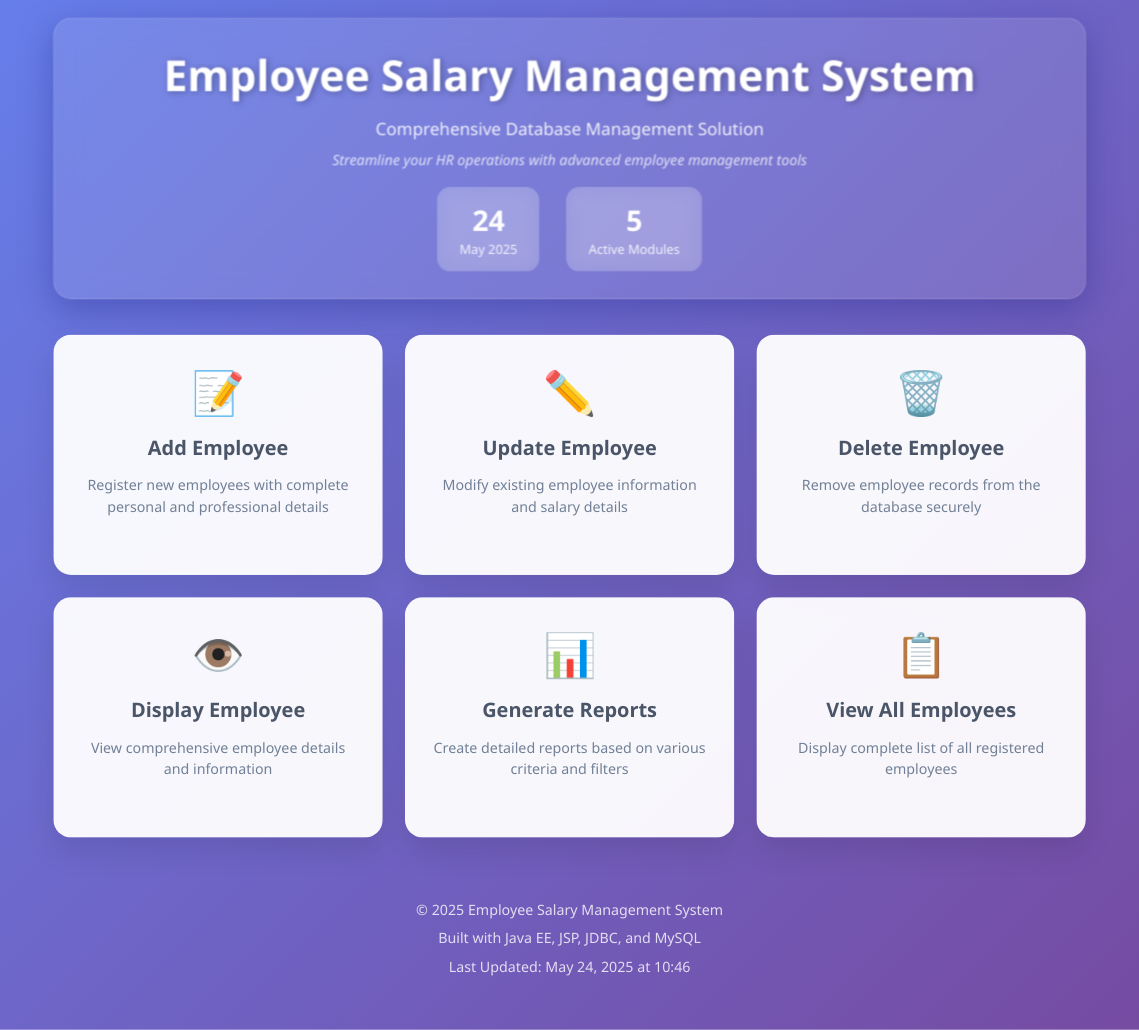
Repository: sweekrithishetty28/Employee_Salary_Management
Page: http://localhost/EmployeeWebApp/
These files come from the project's save history. The page is drawn as it stood at one moment and after the next save; the edit follows.
The browser window is 1280 px wide. The pictures show the whole page, at 89% of full size.
The page is served by Tomcat 9.

Above is the page before, as saved 2025-05-27 06:42:51.
Console error: TypeError: Cannot set properties of null (setting 'textContent')

After the next save:
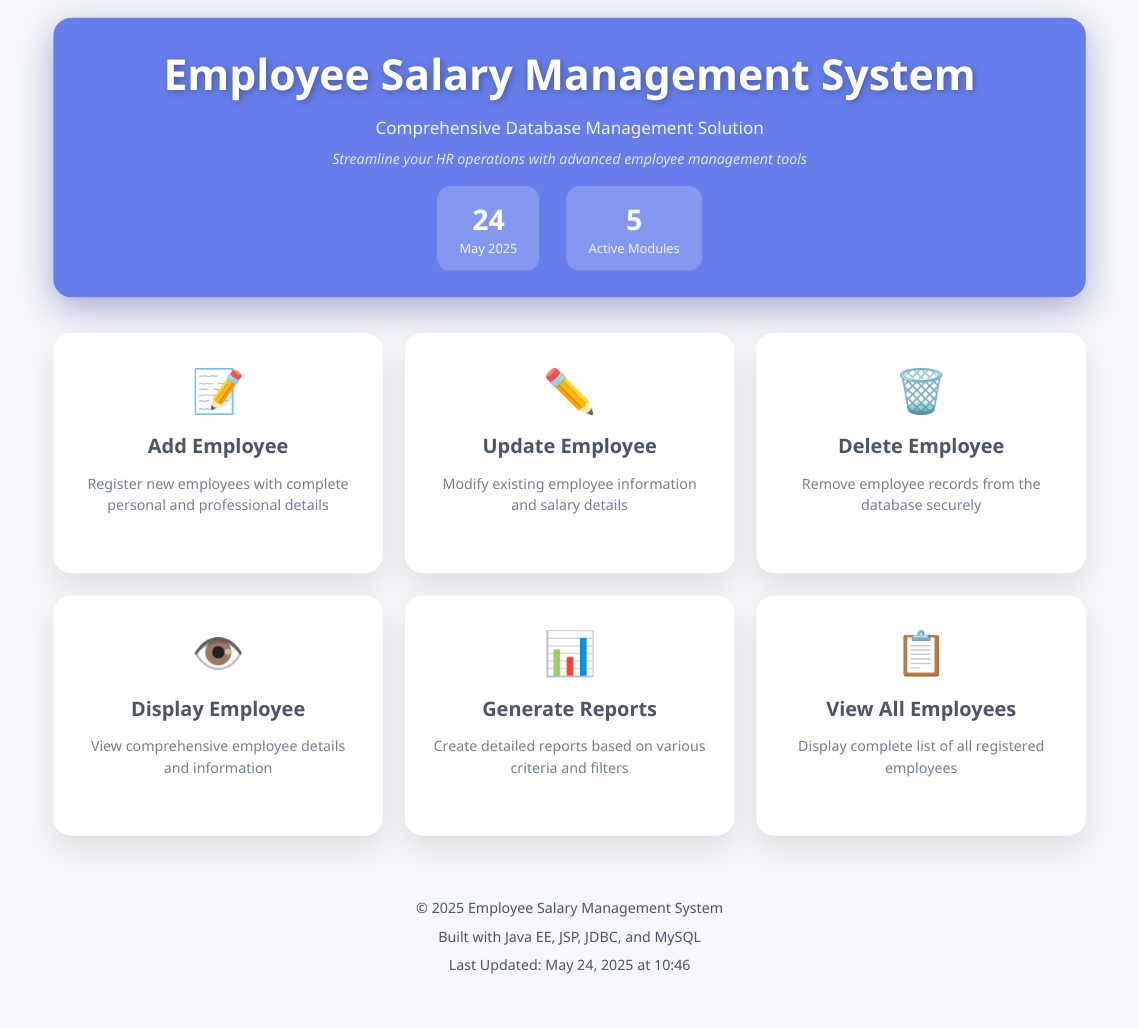
Saved 2 min 55 s later.
--- a/Employee Salary Mangement/EmployeeWebApp/src/main/webapp/index.jsp
+++ b/Employee Salary Mangement/EmployeeWebApp/src/main/webapp/index.jsp
@@ -15,7 +15,7 @@
 
         body {
             font-family: 'Segoe UI', Tahoma, Geneva, Verdana, sans-serif;
-            background: linear-gradient(135deg, #667eea 0%, #764ba2 100%);
+            background: #f5f7fa;
             min-height: 100vh;
             color: #333;
         }
@@ -31,11 +31,9 @@
             color: white;
             margin-bottom: 40px;
             padding: 30px;
-            background: rgba(255, 255, 255, 0.1);
+            background: #667eea;
             border-radius: 20px;
-            backdrop-filter: blur(15px);
             box-shadow: 0 12px 40px rgba(31, 38, 135, 0.37);
-            border: 1px solid rgba(255, 255, 255, 0.18);
         }
 
         .header h1 {
@@ -206,7 +204,7 @@
 
         .footer {
             text-align: center;
-            color: rgba(255, 255, 255, 0.8);
+            color: #4a5568;
             padding: 30px;
             margin-top: 40px;
         }
@@ -221,7 +219,7 @@
             left: 0;
             width: 100%;
             height: 100%;
-            background: rgba(102, 126, 234, 0.9);
+            background: #667eea;
             display: none;
             justify-content: center;
             align-items: center;
